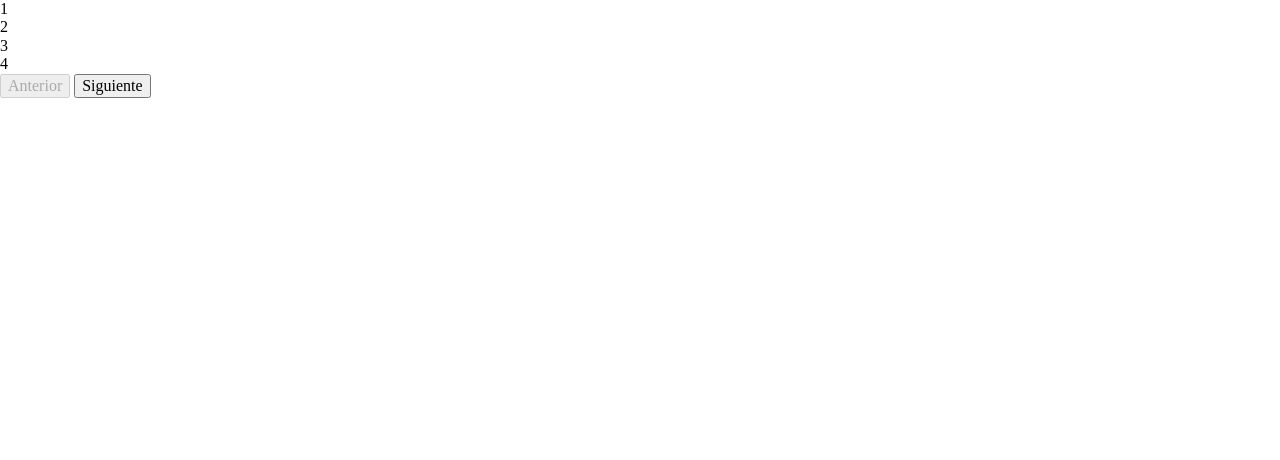
Repository: ElideZavala/Linea-de-tiempo
Page: index.html
The author's editor kept a copy of each file at every save. The page is drawn from the files as they stood at one save, then again after the next save.
The browser window is 1280 px wide. The pictures show the whole page.

Above is the page before, as saved 2021-05-27 13:41:32.

After the next save:
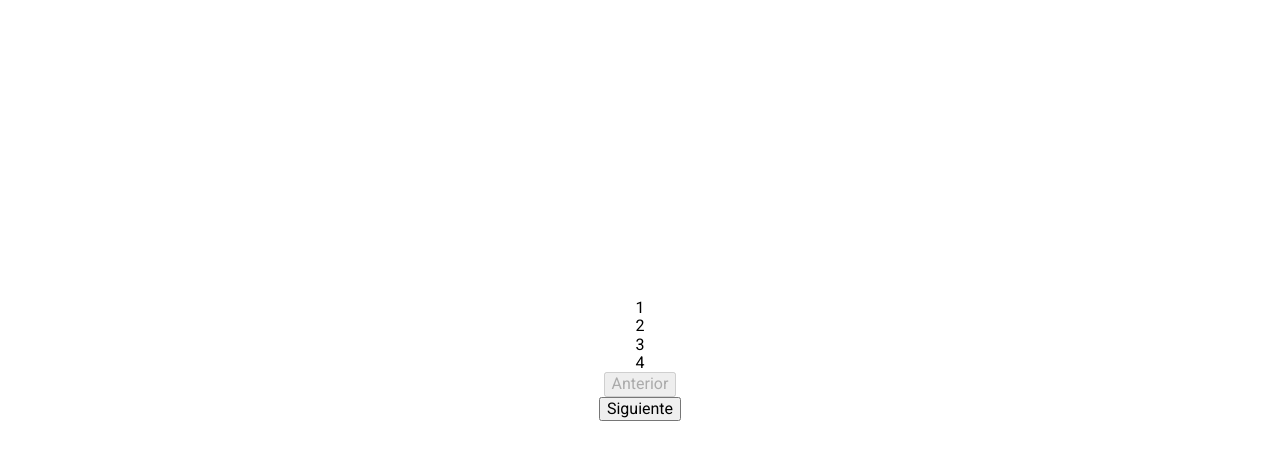
Saved 2 min 27 s later.
--- a/style.css
+++ b/style.css
@@ -1 +1,17 @@
 @import url('https://fonts.googleapis.com/css2?family=Roboto:wght@400;700&display=swap');
+
+
+* {
+	box-sizing: border-box;
+}
+
+body {
+	font-family: 'Roboto', sans-serif;
+	display: flex;
+	flex-direction: column;
+	align-items: center;
+	justify-content: center;
+	height: 100vh;
+	overflow: hidden;
+	margin: 0;
+}
